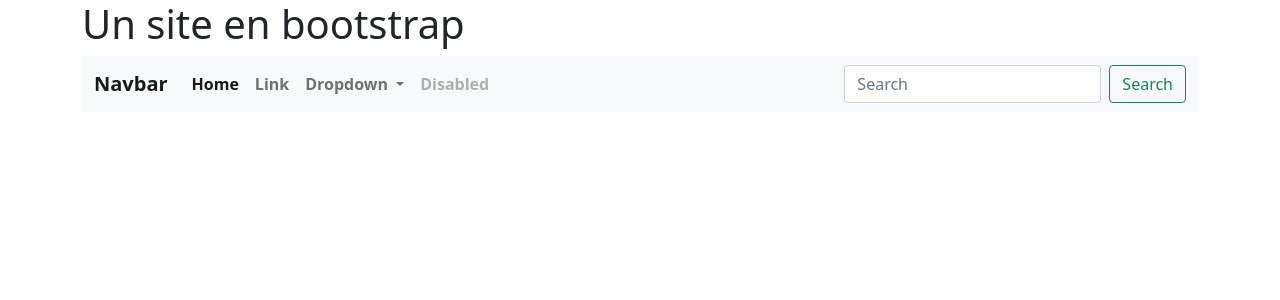
Repository: Elie-Dey/boot-start
Page: index.html
An editor plug-in stored every save of this project. The page is shown before and after the next save, followed by the edit.
The browser window is 1280 px wide. The pictures show the whole page.

Above is the page before, as saved 2021-08-19 01:00:04.

After the next save:
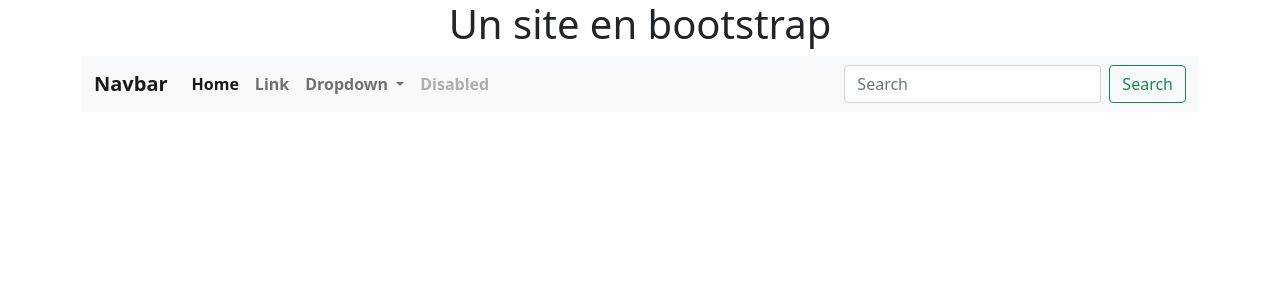
Saved 81 s later.
--- a/index.html
+++ b/index.html
@@ -15,7 +15,7 @@
   </head>
   <body>
     <div class="container">
-      <h1 class="titre">Un site en bootstrap</h1>
+      <h1 class="titre text-center">Un site en bootstrap</h1>
       <!--bar de navigation -->
       <nav class="navbar navbar-expand-lg navbar-light bg-light">
         <div class="container-fluid">
